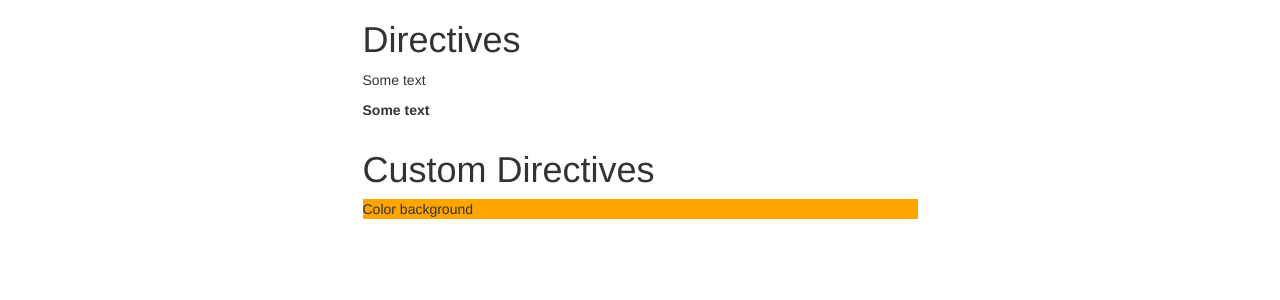
Repository: wojkos/Learn
Page: / (app in Vue/module12/)
The author's editor kept a copy of each file at every save. The page is drawn from the files as they stood at one save, then again after the next save.
The browser window is 1280 px wide. The pictures show the whole page.
The project was rebuilt for these pictures with package versions that can differ from the ones it lists, and the page was loaded fresh each time. Also part of the build but not shown: Vue/module12/webpack.config.js.

Above is the page before, as saved 2018-05-17 22:05:40.

After the next save:
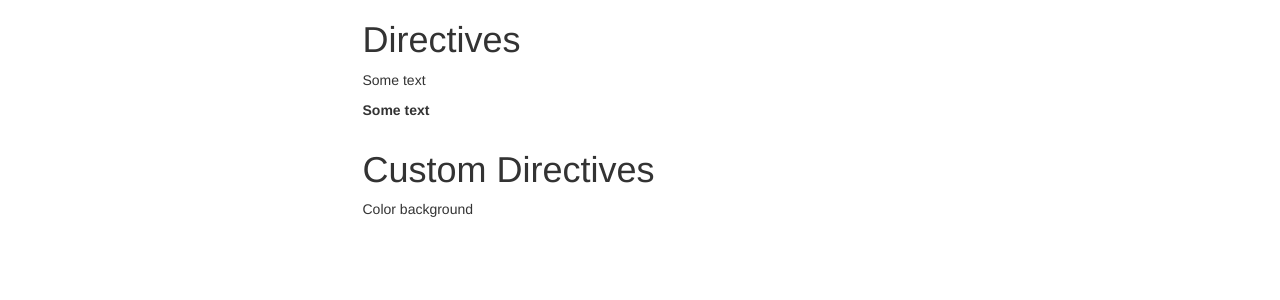
Saved 3 min 56 s later.
--- a/Vue/module12/src/main.js
+++ b/Vue/module12/src/main.js
@@ -4,7 +4,12 @@
 Vue.directive('highlight', {
     bind(el, binding, vnode) {
         // el.style.backgroundColor = 'green';
-        el.style.backgroundColor = binding.value;
+        // el.style.backgroundColor = binding.value;
+        if (binding.arg == background) {
+            el.style.backgroundColor = binding.value;
+        } else {
+            el.style.backgroundColor = binding.value;
+        }
     }
 });
 

After the 3 saves that followed:
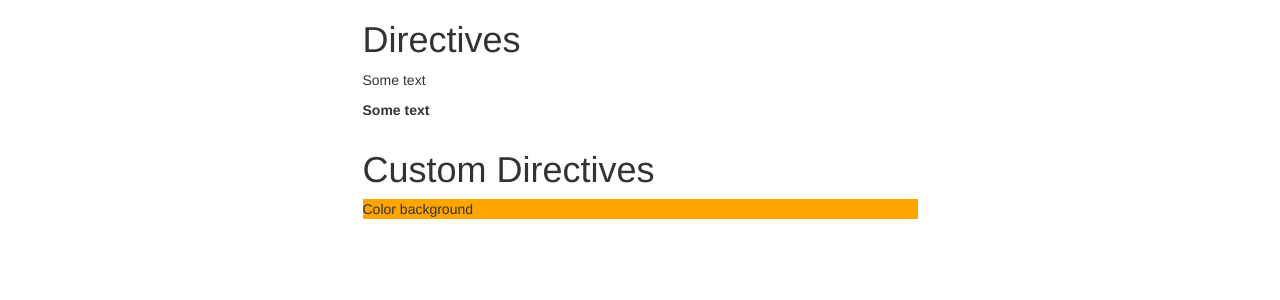
The 3 saves are shown as one change because 2 left the picture as it was.
The last was saved 2 min 5 s later.
--- a/Vue/module12/src/main.js
+++ b/Vue/module12/src/main.js
@@ -5,10 +5,10 @@
     bind(el, binding, vnode) {
         // el.style.backgroundColor = 'green';
         // el.style.backgroundColor = binding.value;
-        if (binding.arg == background) {
+        if (binding.arg == 'background') {
             el.style.backgroundColor = binding.value;
         } else {
-            el.style.backgroundColor = binding.value;
+            el.style.color = binding.value;
         }
     }
 });
--- a/Vue/module12/src/App.vue
+++ b/Vue/module12/src/App.vue
@@ -11,7 +11,7 @@
         <div class="row">
             <div class="col-xs-12 col-sm-8 col-sm-offset-2 col-md-6 col-md-offset-3">
                 <h1>Custom Directives</h1>
-                <p v-highlight="'orange'">Color background</p>
+                <p v-highlight:background="'orange'">Color background</p>
 
 
             </div>
